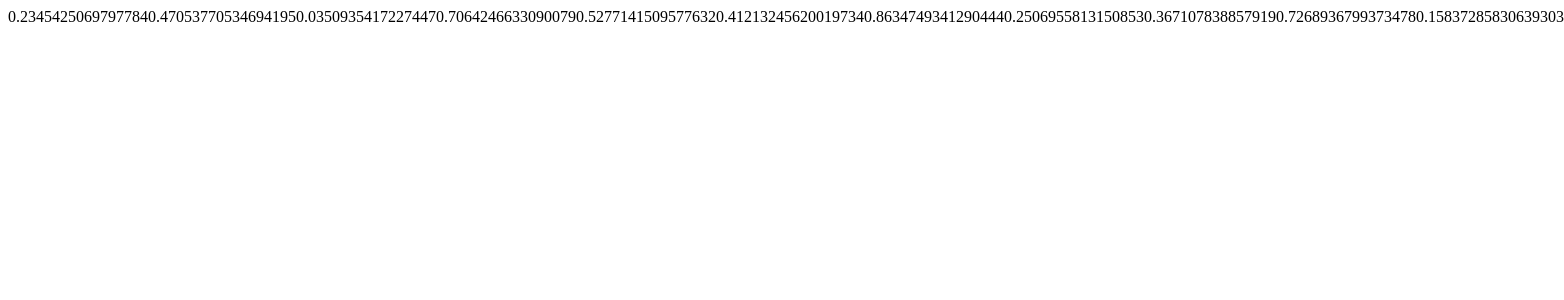
Repository: Jhin7782/HBuilder-Projects
Page: 【JS高程3】/07`函数表达式/7.1 递归/递归2-闭包.html
An editor plug-in stored every save of this project. The page is shown before and after the next save, followed by the edit.
The browser window is 1280 px wide. The page is 1564 px wide, then 1280 px, so the pictures cover 1564 px, including what lies to the right of the window. The pictures show the whole page.

Above is the page before, as saved 2017-06-02 04:52:49.

### 【JS高程3】/07`函数表达式/7.1 递归/递归2-闭包.html
<!DOCTYPE html>
<html>
	<head>
		<meta charset="UTF-8">
		<title></title>
	</head>
	<body>
		<script type="text/javascript">
			var arr = [];
			function digui (count) {
				if (count>10) {
					document.write(Math.random());
				} else{
					document.write(Math.random());
					digui(count+1);
				}
			}
			digui(1);
		</script>
	</body>
</html>

After the next save:
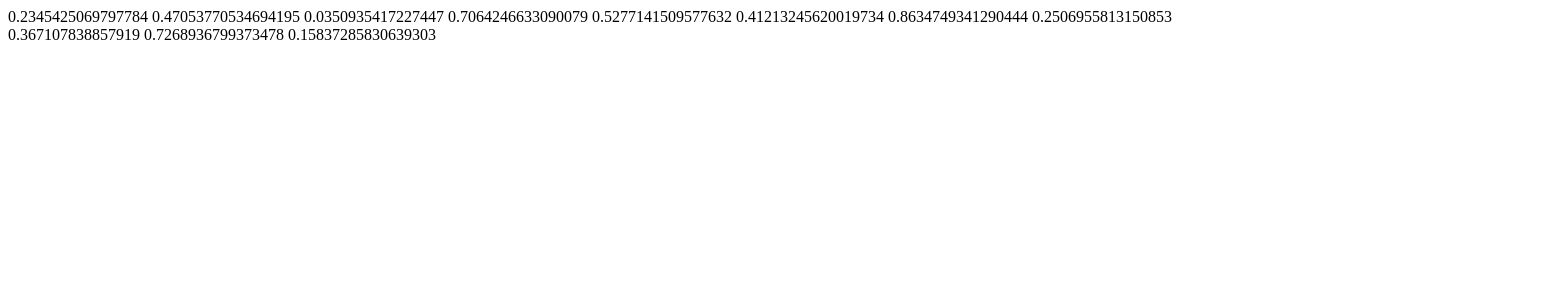
Saved 9 s later.
--- a/【JS高程3】/07`函数表达式/7.1 递归/递归2-闭包.html
+++ b/【JS高程3】/07`函数表达式/7.1 递归/递归2-闭包.html
@@ -9,9 +9,9 @@
 			var arr = [];
 			function digui (count) {
 				if (count>10) {
-					document.write(Math.random());
+					document.writeln(Math.random());
 				} else{
-					document.write(Math.random());
+					document.writeln(Math.random());
 					digui(count+1);
 				}
 			}
